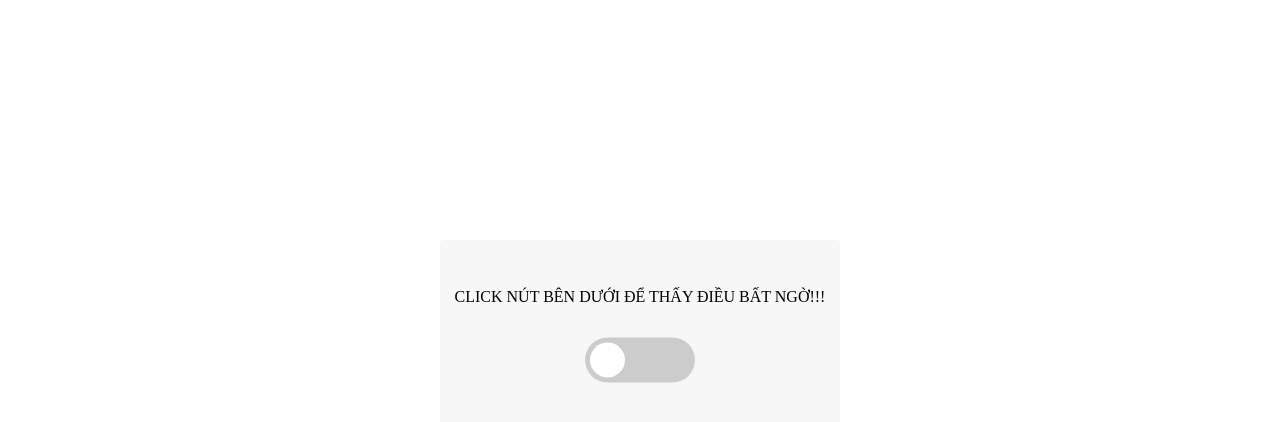
Repository: haokiet2501/troll-my-react
Page: /
An editor plug-in stored every save of this project. The page is shown before and after the next save, followed by the edit.
The browser window is 1280 px wide. The pictures show the whole page.
The project was rebuilt for these pictures with package versions that can differ from the ones it lists, and the page was loaded fresh each time. Also part of the build but not shown: src/components/Todo.jsx.

Above is the page before, as saved 2022-07-30 23:19:39.

### src/index.css
.toggle-center {
  position: absolute;
  top: 50%;
  left: 50%;
  transform: translate(-50%, -50%);
  width: 25rem;
  height: 15rem;
  border-radius: 0.25rem;
  background-color: #f8f7f7;
}

.toggle-center:hover {
  box-shadow: 0 4px 8px rgba(0, 0, 0, 0.25);
}

.toggle {
  position: absolute;
  top: 50%;
  left: 50%;
  transform: translate(-50%, -50%);
}

.todo-center {
  position: absolute;
  top: 62%;
  left: 50%;
  transform: translate(-50%, -50%);
  z-index: 999;
}

.todo-center img {
  position: relative;
  object-fit: cover;
  width: 75px;
  height: 75px;
  display: flex;
  justify-content: center;
  align-items: center;
}

.toggle-control {
  position: absolute;
  top: 75%;
  left: 50%;
  transform: translate(-50%, -50%);
  display: flex;
  text-transform: uppercase;
}

.toggle {
  width: 100px;
  height: 35px;
  background-color: #ccc;
  padding: 5px;
  border-radius: 100rem;
  cursor: pointer;
}

.toggle.active {
  background-color: #429EBD;
}

.toggle-title {
  position: relative;
  top: 20%;
  text-transform: uppercase;
  display: flex;
  justify-content: center;
  align-items: center;
}

.spinner {
  position: absolute;
  width: 35px;
  height: 35px;
  left: 0;
  margin-left: 5px;
  border-radius: 50%;
  background-color: #fff;
  transition: 0.3s linear;
}

.spinner.active {
  transform: translateX(65px);
  transition: 0.3s linear;
}

.toggle-on {
  margin-right: 0.5rem;
}

h3 {
  color: #333;
}

p {
  color: rgb(82, 81, 81);
  display: flex;
  justify-content: center;
  align-items: center;
}

### src/App.js
import Toggle from "./components/Toggle";

function App() {
  return (
    <>
      <Toggle />
    </>
  );
}

export default App;

### src/components/Toggle.jsx
import { useState } from "react"
import Todo from "./Todo";

const Toggle = () => {
    const [on, setOn] = useState(false);

    const handleClick = () => {
        setOn((on) => !on);
    }

    return (
        <>
            {on && <Todo />}
            <div className="toggle-center" onClick={handleClick}>
                <div className="toggle-title">Click nút bên dưới để thấy điều bất ngờ!!!</div>
                <div className={`toggle ${on ? 'active' : ''}`}>
                    <div className={`spinner ${on ? 'active' : ''}`}></div>
                </div>
            </div>
        </>
    )
}

export default Toggle

Loaded but not shown: public/index.html (common file); src/index.js (common file); src/reportWebVitals.js (common file)

After the next save:
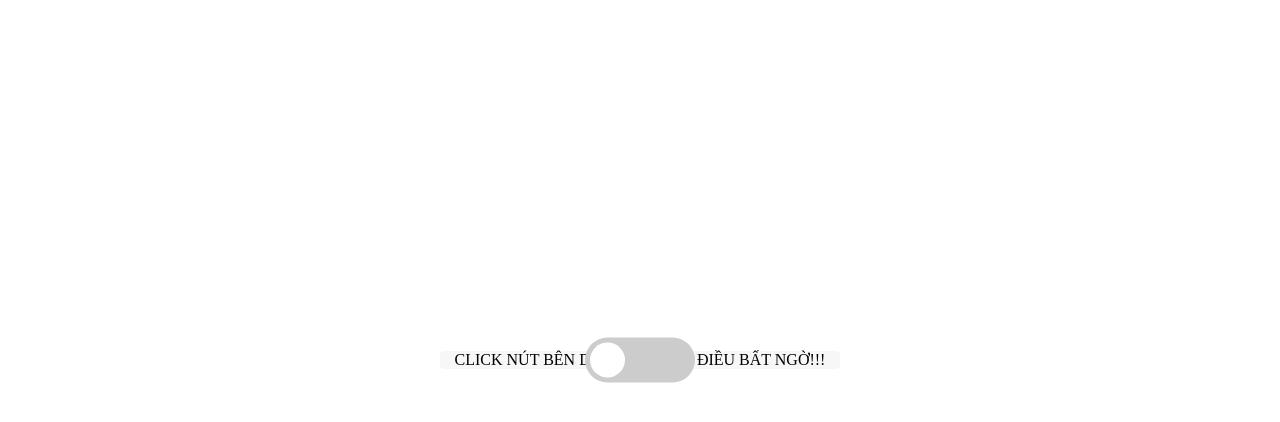
Saved 10 s later.
--- a/src/index.css
+++ b/src/index.css
@@ -4,7 +4,6 @@
   left: 50%;
   transform: translate(-50%, -50%);
   width: 25rem;
-  height: 15rem;
   border-radius: 0.25rem;
   background-color: #f8f7f7;
 }
